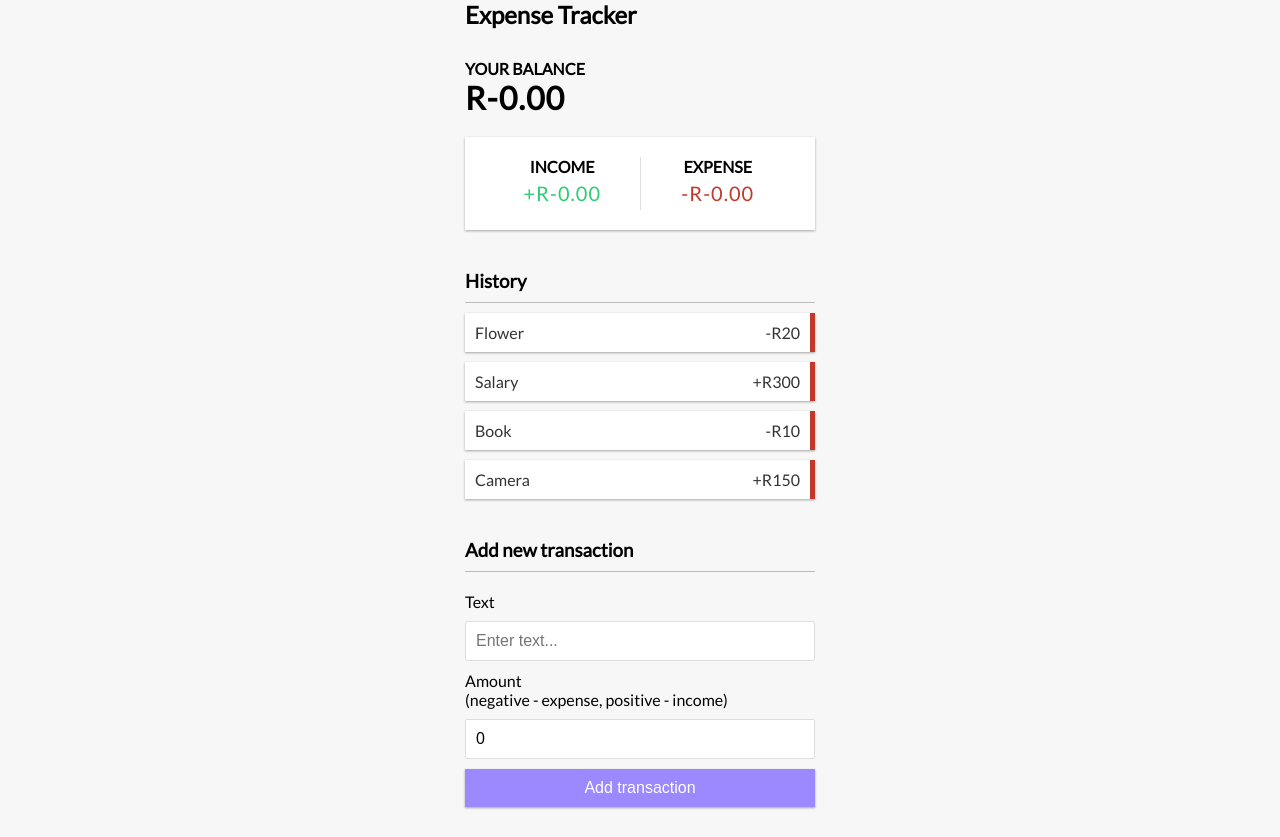
Repository: ramtoppo12/expense_frontend
Page: /
The author's editor kept a copy of each file at every save. The page is drawn from the files as they stood at one save, then again after the next save.
The browser window is 1280 px wide. The pictures show the whole page.
The page's requests for data from a server got no answer. The project was rebuilt for these pictures with package versions that can differ from the ones it lists, and the page was loaded fresh each time. No one was signed in, and anything a server would have sent is missing.

Above is the page before, as saved 2020-11-20 23:14:37.

After the next save:
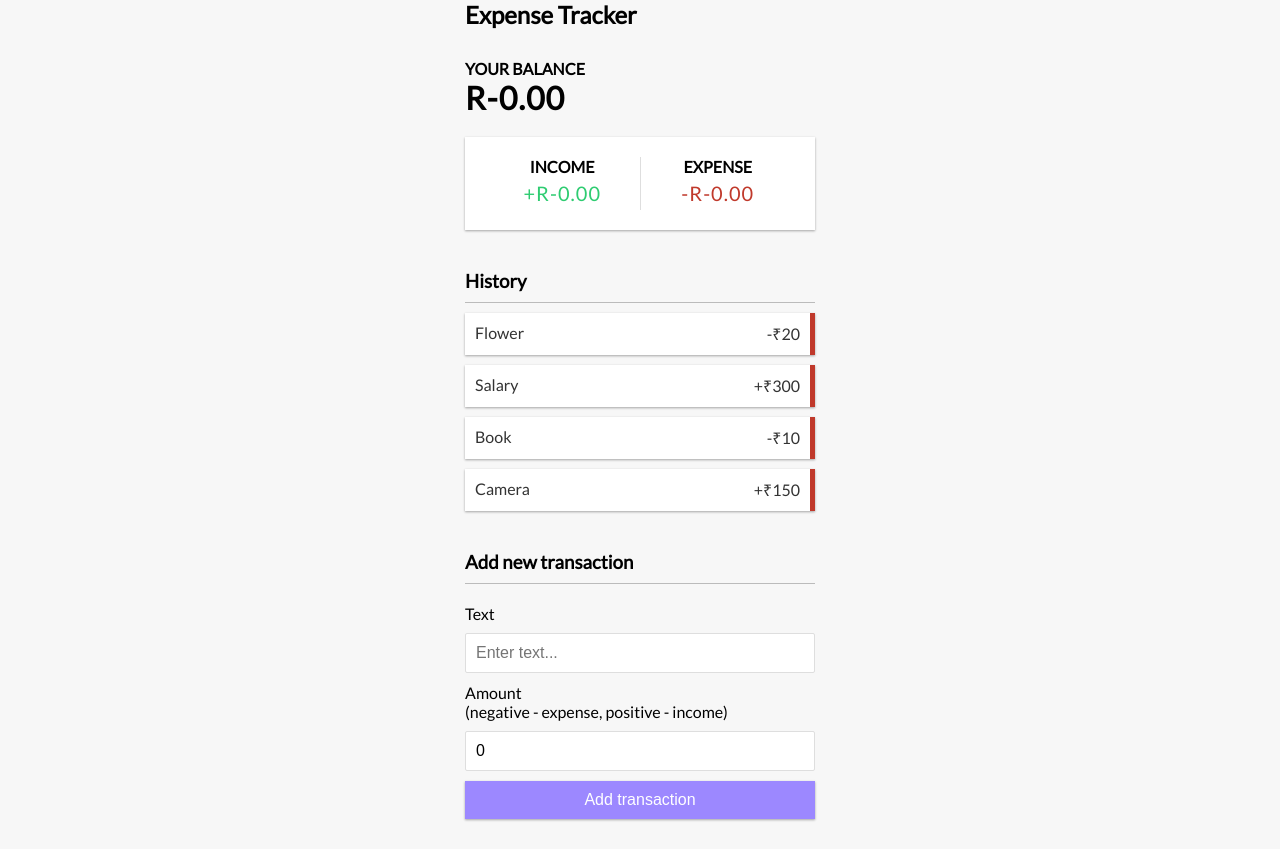
Saved 37 s later.
--- a/src/Transection.js
+++ b/src/Transection.js
@@ -4,7 +4,7 @@ export default function Transection({transection}) {
      const sign = transection.amount < 0 ? '-' : '+';
     return (
         <li className="minus">
-          {transection.text} <span>{sign}R{Math.abs(transection.amount)}</span><button className="delete-btn">x</button>
+          {transection.text} <span>{sign}₹{Math.abs(transection.amount)}</span><button className="delete-btn">x</button>
         </li>
     )
 }
